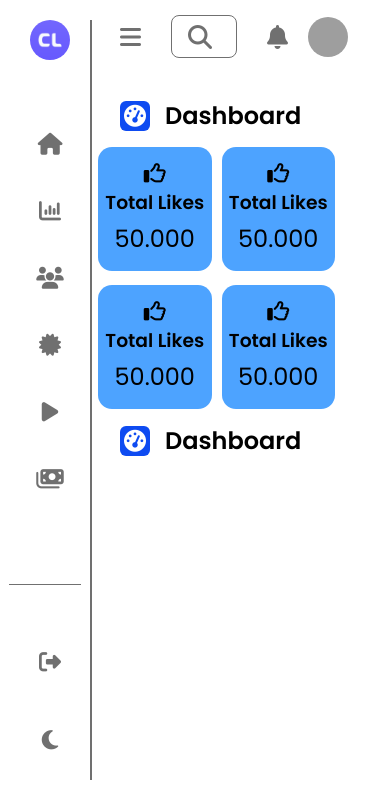
Repository: phamngocthang/practice-html-css
Page: Admin/dist/index.html
An editor plug-in stored every save of this project. The page is shown before and after the next save, followed by the edit.
The browser window is 375 px wide. The pictures show the whole page.
Pictures or frames that could not be fetched are drawn as grey boxes. The style sheet was rebuilt from its Sass, Less or Tailwind sources for each picture, by a compiler version that may differ from the author's.

Above is the page before, as saved 2023-10-25 13:54:53.

### Admin/dist/index.html
<!DOCTYPE html>
<html lang="en">
<head>
    <meta charset="UTF-8">
    <meta name="viewport" content="width=device-width, initial-scale=1.0">
    <title>Document</title>
    <link rel="stylesheet" href="style/main.css">
    <link rel="stylesheet" href="https://cdnjs.cloudflare.com/ajax/libs/font-awesome/6.4.2/css/all.min.css" integrity="sha512-z3gLpd7yknf1YoNbCzqRKc4qyor8gaKU1qmn+CShxbuBusANI9QpRohGBreCFkKxLhei6S9CQXFEbbKuqLg0DA==" crossorigin="anonymous" referrerpolicy="no-referrer" />
</head>
<body>
    <nav>
        <div class="logo">
            <div class="logo__image">
                <img src="/Images/logo.png" alt="">
            </div>

            <span class="logo__name">
                E-LEARNING
            </span>
        </div>

        <div class="menu">
            <ul class="menu__link">
                <li class="menu__link__item"><a href="#">
                    <i class="fa-solid fa-house"></i>
                    <span>Dashboard</span>
                </a></li>
                <li class="menu__link__item"><a href="#">
                    <i class="fa-solid fa-chart-column"></i>
                    <span>Analytics</span>
                </a></li>
                <li class="menu__link__item"><a href="#">
                    <i class="fa-solid fa-users"></i>
                    <span>Users</span>
                </a></li>
                <li class="menu__link__item"><a href="#">
                    <i class="fa-solid fa-certificate"></i>
                    <span>Category</span>
                </a></li>
                <li class="menu__link__item"><a href="#">
                    <i class="fa-solid fa-play"></i>
                    <span>Courses</span>
                </a></li>
                <li class="menu__link__item"><a href="#">
                    <i class="fa-solid fa-money-bills"></i>
                    <span>Profit</span>
                </a></li>
            </ul>

            <ul class="menu__link">
                <li class="menu__link__item"><a href="#">
                    <i class="fa-solid fa-right-from-bracket"></i>
                    <span>Logout</span>
                </a></li>

                <li class="menu__link__item menu__link__item--darkmode"><a href="#">
                        <i class="fa-solid fa-moon"></i>
                        <span>Dark Mode</span>
                        <div class="menu__toggle">
                            <span class="menu__switch"></span>
                        </div>
                    </a>
                </li>
            </ul>
        </div>
    </nav>

    <section class="dashboard">
        <div class="top">
            <i class="fa-solid fa-bars top__bar"></i>
            <div class="top__search-box">
                <i class="fa-solid fa-magnifying-glass"></i>
                <input type="text" placeholder="Search here...">
            </div>
            <div class="top__image">
                <i class="fa-solid fa-bell bell"></i>
                <img src="/Images/avatar.jpg" alt="">
            </div>
        </div>

        <div class="content">
            <div class="overview">
                <div class="title">
                    <div class="title__logo">
                        <i class="fa-solid fa-gauge-high"></i>
                    </div>
                    <h1 class="title__name">Dashboard</h1>
                </div>

                <div class="data">
                    <div class="data__box">
                        <i class="fa-regular fa-thumbs-up data__box__icon"></i>
                        <h3 class="data__box__title">Total Likes</h3>
                        <span class="data__box__number">50.000</span>
                    </div>
                    <div class="data__box">
                        <i class="fa-regular fa-thumbs-up data__box__icon"></i>
                        <h3 class="data__box__title">Total Likes</h3>
                        <span class="data__box__number">50.000</span>
                    </div>
                    <div class="data__box">
                        <i class="fa-regular fa-thumbs-up data__box__icon"></i>
                        <h3 class="data__box__title">Total Likes</h3>
                        <span class="data__box__number">50.000</span>
                    </div>
                    <div class="data__box">
                        <i class="fa-regular fa-thumbs-up data__box__icon"></i>
                        <h3 class="data__box__title">Total Likes</h3>
                        <span class="data__box__number">50.000</span>
                    </div>
                </div>
            </div>

            <div class="activity">
                <div class="title">
                    <div class="title__logo">
                        <i class="fa-solid fa-gauge-high"></i>
                    </div>
                    <h1 class="title__name">Dashboard</h1>
                </div>
            </div>
        </div>
    </section>

    <script src="script.js">

    </script>
</body>
</html>

### Admin/dist/script.js
const body = document.querySelector("body");
const modeTogger = document.querySelector(".menu__toggle");
const sideBar = body.querySelector("nav")
const sideBarToggle = body.querySelector(".top__bar");

modeTogger.addEventListener("click", () => {
    body.classList.toggle("dark")
})

sideBarToggle.addEventListener("click", () => {
    sideBar.classList.toggle("close");
})

### Admin/scss/main.scss
@import url('https://fonts.googleapis.com/css2?family=Poppins:wght@200;300;400;500;600&display=swap');
@import 'variables';
* {
    margin: 0;
    padding: 0;
    box-sizing: border-box;
    font-family: 'Poppins', sans-serif;
}

body {
    --primary-color: #{$primary-color};
    --panel-color: #{$panel-color};
    --text-color: #{$text-color};
    --black-light-color: #{$black-light-color};
    --border-color: #{$border-color};
    --toggle-color: #{$toggle-color};
    --box1-color: #{$box1-color};
    --box2-color: #{$box2-color};
    --box3-color: #{$box3-color};
    --title-icon-color: #{$title-icon-color};
    min-height: 100vh;
}

body.dark {
    --primary-color: #3A3B3C;
    --panel-color: #242526;
    --text-color: #FFF;
    --black-light-color: #CCC;
    --border-color: #4D4C4C;
    --toggle-color: #FFF;
    --box1-color: #3A3B3C;
    --box2-color: #3A3B3C;
    --box3-color: #3A3B3C;
    --title-icon-color: #CCC;

    .menu__switch::before {
        left: 20px !important;
    }
}

nav {
    position: fixed;
    width: 250px;
    height: 100%;
    top: 0;
    left: 0;
    background-color: var(--panel-color);
    transition: $tran-05;

    .logo {
        display: flex;
        align-items: center;
        height: 80px;

        &__image {
            min-width: 45px;
            display: flex;
            align-items: center;
            padding-right: 10px;
            min-width: 80px;
            justify-content: flex-end;

            img {
                width: 40px;
                border-radius: 50%;
                object-fit: cover;
            }

        }

        &__name {
            color: var(--text-color);
            font-weight: 600;
            font-size: 22px;
            flex: 1;
            transition: $tran-05;
            white-space: nowrap;
        }
    }

    .menu {
        height: 100%;
        padding: 30px 0px 30px 20px;
        position: relative;


        &::after {
            content: '';
            left: 50%;
            top: 63%;
            width: 80%;
            height: 0.5px;
            transform: translateX(-50%);
            background-color: var(--black-light-color);
            position: absolute;
        }

        &__link {
            list-style: none;
            display: flex;
            flex-direction: column;
            align-items: flex-start;


            &:nth-child(1) {
                height: 70%;
            }


            &__item {
                padding: 20px 0;

                a {
                    text-decoration: none;
                    color: var(--black-light-color);
                    font-size: 18px;
                    display: flex;
                    align-items: center;
                    position: relative;
                    transition: 0.4 ease all;

                    i {
                        min-width: 60px;
                        text-align: center;
                        font-size: 22px;
                    }

                    span {
                        font-weight: 400;
                        transition: $tran-05;
                        white-space: nowrap;
                    }

                    &:hover {
                        color: var(--primary-color);

                        &::before {
                            content: '';
                            width: 5px;
                            height: 5px;
                            border-radius: 50%;
                            background-color: var(--primary-color);
                            position: absolute;
                            transition: 0.4 ease all;
                        }
                    }
                }
            }

            &__item--darkmode {
                display: flex;
                align-items: center;


                .menu__toggle {
                    margin-left: 20px;
                    height: 50px;
                    min-width: 45px;
                    display: flex;
                    align-items: center;
                    justify-content: center;

                    .menu__switch {
                        display: inline-block;
                        border-radius: 25px;
                        position: relative;
                        height: 22px;
                        width: 40px;
                        background-color: var(--toggle-color);

                        &::before {
                            content: '';
                            width: 15px;
                            height: 15px;
                            position: absolute;
                            background-color: var(--title-icon-color);
                            border-radius: 50%;
                            left: 3px;
                            top: 50%;
                            transform: translateY(-50%);
                            transition: $tran-03;
                        }
                    }
                }
            }
        }
    }


}

nav.close {
    width: 90px;

    .menu__link__item {
        span {
            opacity: 0;
            pointer-events: none;
        }
    }

    .logo__name {
        opacity: 0;
        pointer-events: none;
    }

    & ~ .dashboard {
        left: 90px;
        width: calc(100% - 90px);
    }
}

.dashboard {
    background-color: var(--panel-color);
    width: calc(100% - 250px);
    left: 250px;
    min-height: 100vh;
    position: relative;
    padding: 15px 30px 40px;
    transition: $tran-05;

    &::before {
        content: '';
        width: 2px;
        height: 95%;
        background-color: var(--black-light-color);
        left: 0;
        top: 50%;
        transform: translateY(-50%);
        position: absolute;
    }

    .top {
        height: 10%;
        display: flex;
        align-items: center;
        justify-content: space-between;

        i {
            font-size: 24px;
            color: var(--black-light-color);
        }

        &__bar {
            cursor: pointer;
        }

        &__search-box {
            flex: 1;
            width: 100%;
            padding: 8px;
            border-radius: 8px;
            border: 0.4px solid var(--black-light-color);
            margin: 0 30px;
            display: flex;
            align-items: center;

            i {
                font-size: 24px;
                padding: 0 16px 0 8px;
                color: var(--black-light-color);
            }

            input {
                font-size: 16px;
                outline: none;
                border: none;
                height: 100%;
                width: 100%;
                background-color: transparent;
                color: var(--text-color);
            }
        }

        &__image {
            display: flex;
            align-items: center;

            .bell {
                cursor: pointer;
                margin-right: 20px;
            }

            img {
                cursor: pointer;
                width: 40px;
                height: 40px;
                object-fit: cover;
                border-radius: 50%;
            }
        }
    }

    .content {
        margin-top: 40px;
            .title {
                display: flex;
                align-items: center;

                &__logo {
                    height: 30px;
                    width: 30px;
                    display: flex;
                    align-items: center;
                    justify-content: center;
                    background-color: var(--primary-color);
                    border-radius: 6px;
                    margin-right: 15px;

                    i {
                        font-size: 22px;
                        color: var(--panel-color);
                    }
                }

                &__name {
                    color: var(--text-color);
                }
            }

            .data {
                display: flex;
                flex-wrap: wrap;
                margin-top: 30px;
                margin-left: -32px;

                &__box {
                    border-radius: 14px;
                    margin-left: 32px;
                    width: calc(100% / 4 - 32px);
                    display: flex;
                    flex-direction: column;
                    align-items: center;
                    background-color: var(--box1-color);
                    color: var(--text-color);
                    padding: 15px 0;

                    &__icon {
                        font-size: 30px;
                    }

                    &__title {
                        margin: 4px 0;
                    }

                    &__number {
                        font-size: 30px;
                    }
                }
            }

            .activity {
                margin-top: 40px;
            }
    }
}


@media (max-width: 1000px) {
    nav {
        width: 90px;

        .menu__link__item {
            span {
                opacity: 0;
                pointer-events: none;
            }
        }

        .logo__name {
            opacity: 0;
            pointer-events: none;
        }

        & ~ .dashboard {
            left: 90px;
            width: calc(100% - 90px);
        }
    }
}

@media (max-width: 820px) {
    .dashboard {
        .content {
            .data {
                margin-top: 0;
                &__box {
                    width: calc(100% / 2 - 35px);
                    margin-top: 14px;

                    &__icon {
                        font-size: 22px;
                    }

                    &__number {
                        font-size: 24px;
                    }
                }

            }

            .activity {
                margin-top: 14px;
            }
        }
    }
}

@media (max-width: 500px) {
    .dashboard {
        .content {
            .data {
                &__box {
                    width: calc(100% / 2 - 15px);
                    margin-left: 10px;

                    &__icon {
                        font-size: 22px;
                    }

                    &__number {
                        font-size: 24px;
                    }
                }

            }

            .activity {
                margin-top: 14px;
            }
        }
    }
}

### Admin/scss/_variables.scss
/* ===== Colors ===== */
$primary-color: #0E4BF1;
$panel-color: #FFF;
$text-color: #000;
$black-light-color: #707070;
$border-color: #e6e5e5;
$toggle-color: #DDD;
$box1-color: #4DA3FF;
$box2-color: #FFE6AC;
$box3-color: #E7D1FC;
$title-icon-color: #fff;

/* ====== Transition ====== */
$tran-05: all 0.5s ease;
$tran-03: all 0.3s ease;
$tran-03: all 0.2s ease;

After the next save:
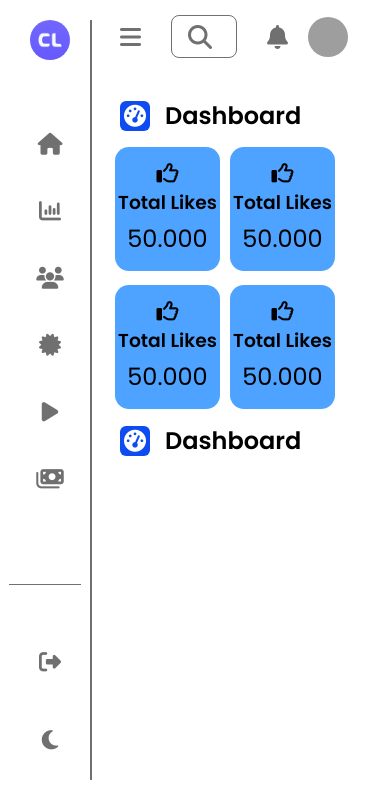
Saved 16 s later.
--- a/Admin/scss/main.scss
+++ b/Admin/scss/main.scss
@@ -410,6 +410,7 @@ nav.close {
     .dashboard {
         .content {
             .data {
+                margin-left: -15px;
                 &__box {
                     width: calc(100% / 2 - 15px);
                     margin-left: 10px;
